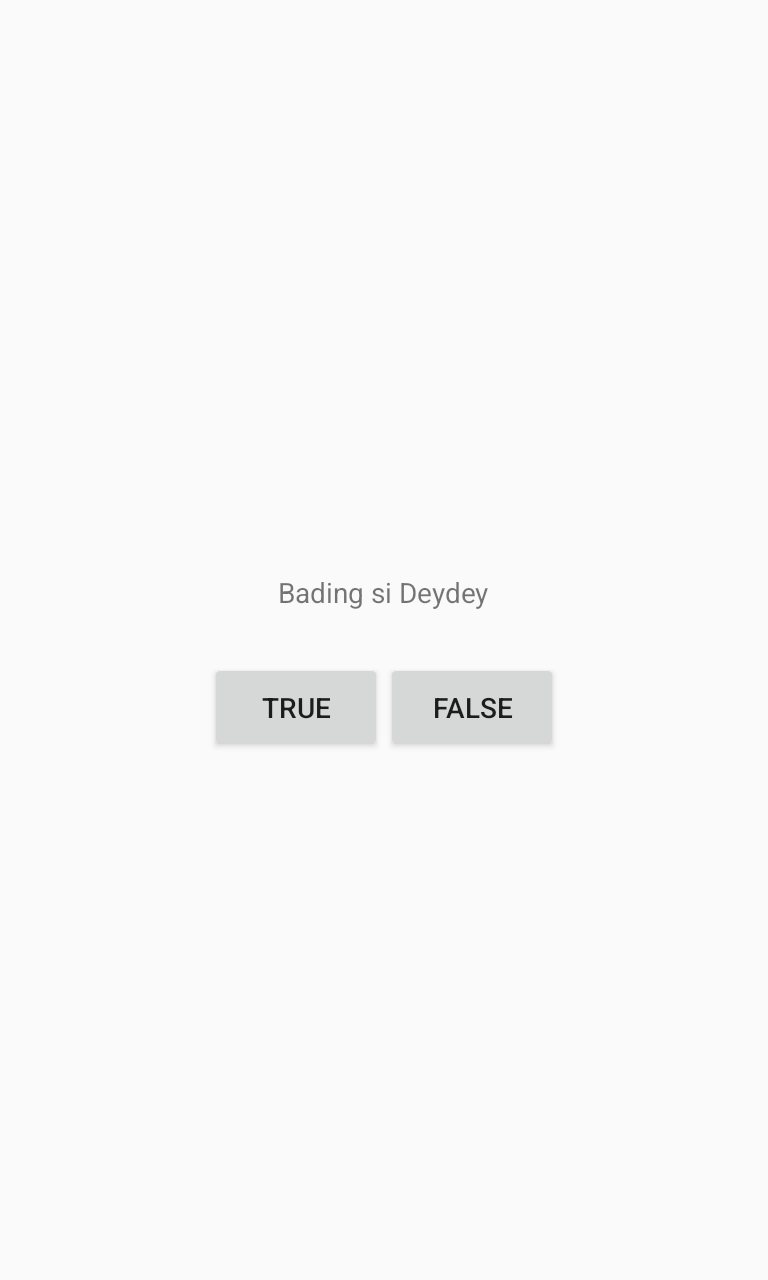
Repository: DaleJulian/AndroidTraining
Layout: GeoQuiz/res/layout/activity_quiz.xml
An editor plug-in stored every save of this project. The layout is shown before and after the next save, followed by the edit.
It is drawn on a 768 x 1280 px phone screen (xhdpi) without system bars, with theme AppTheme; the app's code is not run.

Above is the layout before, as saved 2015-05-25 04:45:50.

After the next save:
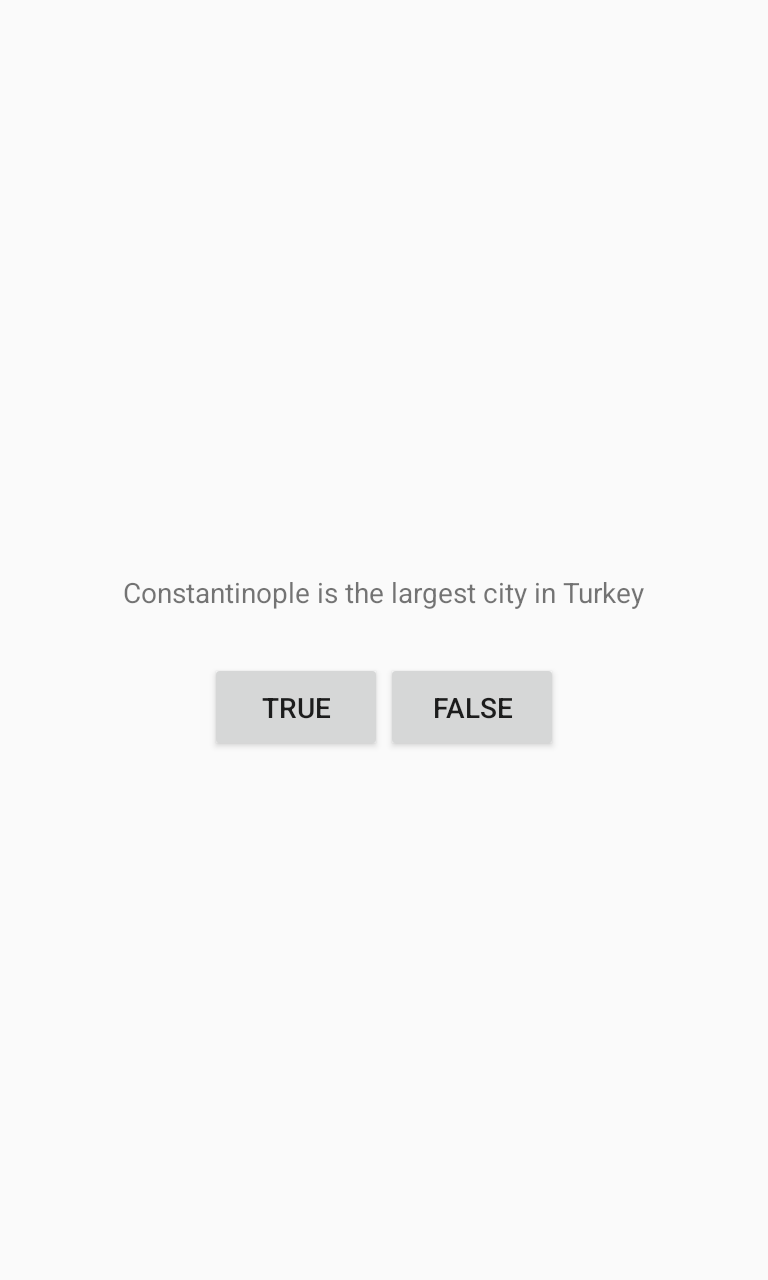
Saved 47 min 58 s later.
--- a/GeoQuiz/res/values/strings.xml
+++ b/GeoQuiz/res/values/strings.xml
@@ -1,8 +1,8 @@
 <?xml version="1.0" encoding="utf-8"?>
 <resources>
 
-    <string name="app_name">GayLordQuiz</string>
-    <string name="question_text">Bading si Deydey</string>
+    <string name="app_name">GeoQuiz</string>
+    <string name="question_text">Constantinople is the largest city in Turkey</string>
     <string name="button_true">True</string>
     <string name="button_false">False</string>
     <string name="action_settings">Settings</string>
